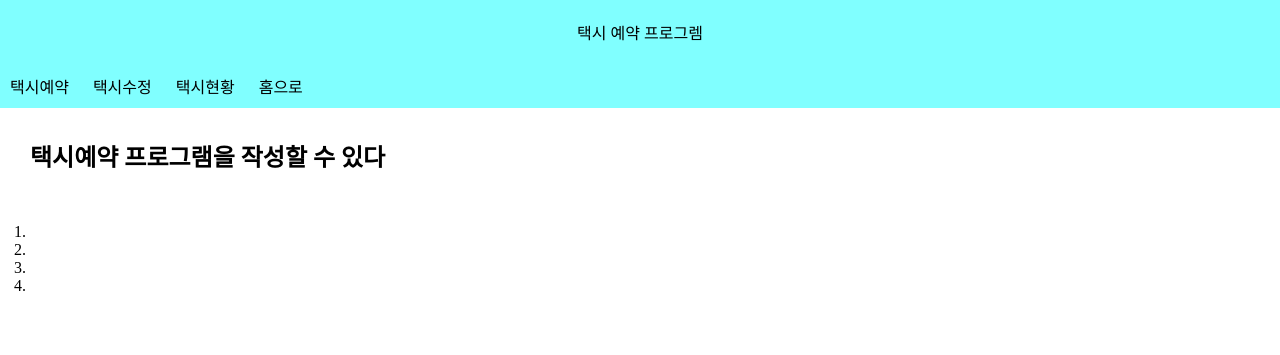
Repository: juntae710/acorn_web
Page: http://localhost/prj0828/
The author's editor kept a copy of each file at every save. The page is drawn from the files as they stood at one save, then again after the next save.
The browser window is 1280 px wide. The pictures show the whole page.
The page is served by Tomcat 9. Other server files are loaded and not shown.

Above is the page before, as saved 2023-08-28 05:04:41.

### prj0828/src/main/webapp/index.jsp
<%@ page language="java" contentType="text/html; charset=UTF-8"
    pageEncoding="UTF-8"%>
<!DOCTYPE html>
<html>
<head>
<meta charset="UTF-8">
<title>Insert title here</title>
<link href="./css/index.css" rel="stylesheet"/>
</head>
<body>
<header>
 택시 예약 프로그렘
</header>
<nav>
<ul>
<li>택시예약</li>
<li>택시수정</li>
<li>택시현황</li>
<li>홈으로</li>
</ul>

</nav>
<section>
<h2>택시예약 프로그램을 작성할 수 있다 </h2>
<ol>
<li></li>
<li></li>
<li></li>
<li></li>
</ol>
</section>
<footer></footer>

<!-- 태그 : 쌍으로 (열리는태그 , 닫히는 태그) <h2></h2>
단독으로 사용되는 태그:
<img src =""/> -->
</body>
</html>

### prj0828/src/main/webapp/css/index.css
@charset "UTF-8";
*{
	padding: 0px;
	margin: 0px;
}
header{
	padding: 20px;
	/*color: blue;*/
	background-color: rgb(128, 255, 255);
	text-align: center;
}
nav{
	padding: 10px;
	/*color: blue;*/
	background-color: rgb(128, 255, 255);
	/*text-align: center;*/
}
ul{
	list-style: none;
}
ul > li{
	display: inline-block;
	padding-right: 20px;
}
section{
	height: 500px;
	padding: 30px;
}
section ol{
	margin-top: 50px;
}
footer{
	background-color:  rgb(128, 255, 255);
}

After the next save:
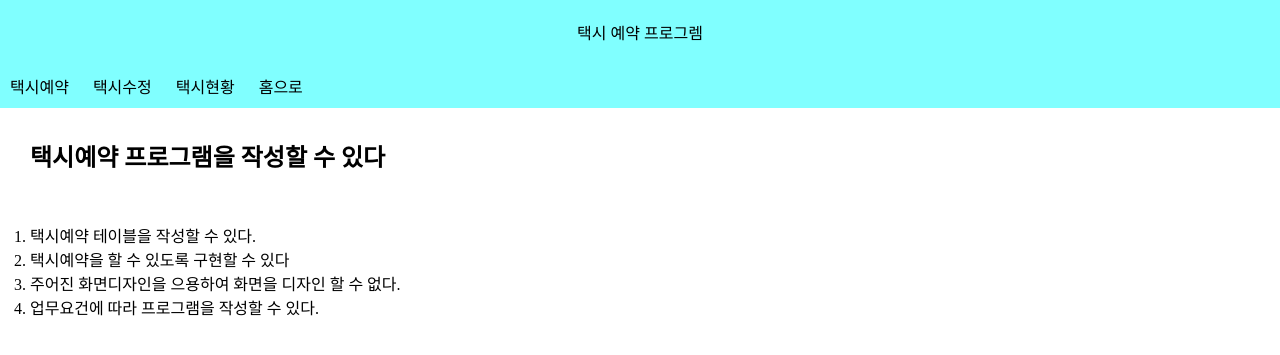
Saved 1 s later.
--- a/prj0828/src/main/webapp/index.jsp
+++ b/prj0828/src/main/webapp/index.jsp
@@ -23,10 +23,10 @@
 <section>
 <h2>택시예약 프로그램을 작성할 수 있다 </h2>
 <ol>
-<li></li>
-<li></li>
-<li></li>
-<li></li>
+<li>택시예약 테이블을 작성할 수 있다.</li>
+<li>택시예약을 할 수 있도록 구현할 수 있다</li>
+<li>주어진 화면디자인을 으용하여 화면을 디자인 할 수 없다.</li>
+<li>업무요건에 따라 프로그램을 작성할 수 있다.</li>
 </ol>
 </section>
 <footer></footer>
